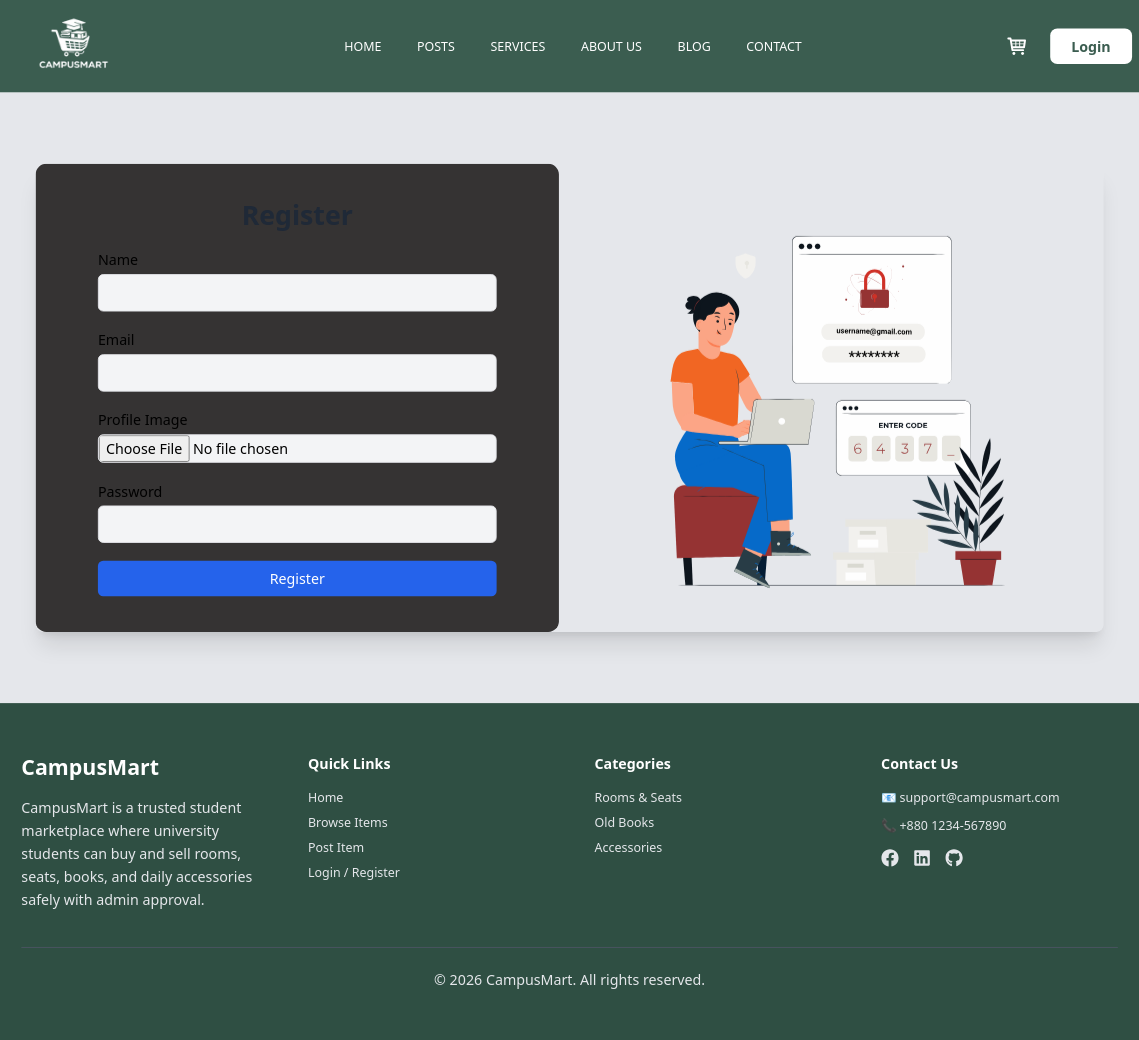
Repository: jahidhasanri/CAMPUSMART
Page: /register
The author's editor kept a copy of each file at every save. The page is drawn from the files as they stood at one save, then again after the next save.
The browser window is 1280 px wide. The pictures show the whole page, at 89% of full size.
The project was rebuilt for these pictures with package versions that can differ from the ones it lists, and the page was loaded fresh each time. Also part of the build but not shown: vite.config.js, src/components/Banner.jsx, src/Pages/Home.jsx, src/Pages/Login.jsx.

Above is the page before, as saved 2026-01-13 23:38:49.

### index.html
<!doctype html>
<html lang="en">
  <head>
    <meta charset="UTF-8" />
    <link rel="icon" type="image/svg+xml" href="/vite.svg" />
    <meta name="viewport" content="width=device-width, initial-scale=1.0" />
    <title>campusmart</title>
  </head>
  <body>
    <div id="root"></div>
    <script type="module" src="/src/main.jsx"></script>
  </body>
</html>

### src/main.jsx
import { StrictMode } from 'react'
import { createRoot } from 'react-dom/client'
import './index.css'
import { RouterProvider } from 'react-router-dom'
import Router from './router/Router.jsx'


createRoot(document.getElementById('root')).render(
  <StrictMode>
    <RouterProvider router={Router} />
  </StrictMode>,
)

### src/router/Router.jsx
import { createBrowserRouter } from "react-router-dom";
import Home from "../Pages/Home.jsx";
import Main from "../components/Main.jsx";
import Login from "../Pages/Login.jsx";
import Register from "../Pages/Register.jsx";


const Router = createBrowserRouter([
  {
    path: "/",
    element: <Main></Main>,
    children:[
        {
            index:true,
            element:<Home></Home>
        },
        {
          path:"/login",
          element:<Login></Login>
        },
        {
          path:"/register",
          element:<Register></Register>
        }
    ]
  },
]);

export default Router;

### src/components/Main.jsx
import React from 'react';
import { Outlet } from 'react-router-dom';
import Navbar from './Navbar';
import Footer from './Footer';

const Main = () => {
    return (
        <div className=''>
            <Navbar></Navbar>
            <div className="min-h-[calc(100vh-422px)]">

            <Outlet></Outlet>
            </div>
            <Footer></Footer>
        </div>
    );
};

export default Main;

### src/Pages/Register.jsx
// import React, { useContext, useState } from 'react';
import { FaEye, FaEyeSlash } from 'react-icons/fa';
// import { toast } from 'react-toastify';
// import axios from 'axios';
// import { useNavigate } from 'react-router-dom';
// import { updateProfile } from 'firebase/auth';
import loginAnimation from '../json/success.json';
import Lottie from 'lottie-react';


const Register = () => {
//  const [preview, setPreview] = useState(null);
//  const [showPassword, setShowPassword] = useState(false);
//  const [error, setError] = useState("");
//  const { handelWithRegister, SetUser } = useContext(AuthContext);
//  const navigate = useNavigate();


//  const handleRegister = async (e) => {
//   e.preventDefault();
//   const form = e.target;
//   const name = form.name.value;
//   const email = form.email.value;
//   const password = form.password.value;
//   const image = form.image.files[0];

//   setError("");

//   try {
//     // Step 1: Firebase Register
//     const result = await handelWithRegister(email, password);

//     // Step 2: Image Upload
//     const formData = new FormData();
//     formData.append("image", image);

//     const imgRes = await axios.post(
//       `https://api.imgbb.com/1/upload?key=8be0cdd4b85b2bb02d8b738407647b48`,
//       formData
//     );

//     const imageUrl = imgRes.data.data.url;

//     // Step 3: Update Profile
//     await updateProfile(result.user, {
//       displayName: name,
//       photoURL: imageUrl,
//     });

//     // Step 4: Save to Database
//     await axios.post("https://resturent-management-server-three.vercel.app/users", {
//       name,
//       email,
//       image: imageUrl,
//       role: "user",
//     });

//     // Step 5: Set Context
//     SetUser({
//       email,
//       displayName: name,
//       photoURL: imageUrl,
//     });

//     toast.success("Registration successful!");
//     form.reset();
//     setPreview(null);
//     navigate("/");
//   } catch (err) {
//     console.log("Registration error: ", err);
//     toast.error("Registration failed!");
//   }
// };



//  const handleImageChange = (e) => {
//    const file = e.target.files[0];
//    if (file) {
//      setPreview(URL.createObjectURL(file));
//    }
//  };


 return (
   <div className="bg-gray-200 py-10 md:py-20 flex items-center justify-center px-4">
     <div className="w-full max-w-[1200px] h-auto grid grid-cols-1 sm:grid-cols-1 md:grid-cols-2 lg:grid-cols-2 xl:grid-cols-2 gap-6 items-center bg-cover bg-center rounded-lg overflow-hidden shadow-xl">

       {/* Form Section */}
       <div className="h-full rounded-xl flex items-center justify-center bg-[#353333] p-6 md:p-10">
         <form  className="w-full max-w-md space-y-5">
           <h2 className="text-3xl font-bold mb-4 text-center text-gray-800">Register</h2>


           {/* Name Field */}
           <div>
             <label htmlFor="name" className="block mb-1 font-medium">Name</label>
             <input
               type="text"
               name="name"
               id="name"
               required
               className="w-full px-4 py-2 border rounded-md bg-gray-100 focus:ring-2 focus:ring-blue-500 focus:border-blue-500"
             />
           </div>


           {/* Email Field */}
           <div>
             <label htmlFor="email" className="block mb-1 font-medium">Email</label>
             <input
               type="email"
               name="email"
               id="email"
               required
               className="w-full px-4 py-2 border rounded-md bg-gray-100 focus:ring-2 focus:ring-blue-500 focus:border-blue-500"
             />
           </div>


           {/* Image Upload */}
           <div>
             <label htmlFor="image" className="block mb-1 font-medium">Profile Image</label>
             <input
               type="file"
               name="image"
               id="image"
               accept="image/*"
               required
            //    onChange={handleImageChange}
               className="w-full border rounded-md bg-gray-100 focus:ring-2 focus:ring-blue-500"
             />
             {/* {preview && (
               <img src={preview} alt="Preview" className="mt-2 w-24 h-24 object-cover rounded-full border" />
             )} */}
           </div>


           {/* Password Field */}
           <div className="relative">
             <label htmlFor="password" className="block mb-1 font-medium">Password</label>
             <input
            //    type={showPassword ? "text" : "password"}
            type='password'
               name="password"
               id="password"
               required
               className="w-full px-4 py-2 border rounded-md bg-gray-100 pr-10 focus:ring-2 focus:ring-blue-500 focus:border-blue-500"
             />
             <span
               className="absolute top-10 right-3 cursor-pointer text-gray-600"
            //    onClick={() => setShowPassword(!showPassword)}
             >
               {/* {showPassword ? <FaEyeSlash /> : <FaEye />} */}
             </span>
           </div>


           {/* Error Message */}
           {/* {error && <p className="text-red-600 text-sm">{error}</p>} */}


           {/* Submit Button */}
           <button
             type="submit"
             className="w-full bg-blue-600 text-white py-2 rounded-md hover:bg-blue-700 transition"
           >
             Register
           </button>
         </form>
       </div>


       {/* Animation Section */}
       <div className="w-full flex justify-center items-center p-4 md:p-0">
         <Lottie animationData={loginAnimation} loop={true} style={{ width: "100%", height: "100%", maxWidth: 400, maxHeight: 400 }} />
       </div>


     </div>
   </div>
 );
};


export default Register;

### src/components/Category.jsx
/* eslint-disable no-unused-vars */

import { motion } from "framer-motion";
import { FaHome, FaBook, FaShoppingBag } from "react-icons/fa";

const categories = [
  {
    title: "Rooms & Seats",
    desc: "Find or rent rooms and seats near your campus easily.",
    icon: <FaHome />,
  },
  {
    title: "Old Books",
    desc: "Buy and sell previous semester books at affordable prices.",
    icon: <FaBook />,
  },
  {
    title: "Accessories",
    desc: "Daily student essentials like bags, calculators, gadgets & more.",
    icon: <FaShoppingBag />,
  },
];

const fadeUp = {
  hidden: { opacity: 0, y: 60 },
  visible: {
    opacity: 1,
    y: 0,
    transition: {
      duration: 0.7,
      ease: "easeOut",
    },
  },
};

const Categories = () => {
  return (
    <section className="py-20 bg-[#f5f7f6]">
      <div className="max-w-[1300px] mx-auto px-6">

        {/* TITLE */}
        <motion.div
          variants={fadeUp}
          initial="hidden"
          whileInView="visible"
          viewport={{ once: true }}
          className="text-center mb-16"
        >
          <h2 className="text-3xl md:text-4xl font-bold text-gray-800 mb-4">
            Browse by Category
          </h2>
          <p className="text-gray-600 max-w-xl mx-auto">
            Explore categories specially designed for university students.
          </p>
        </motion.div>

        {/* CARDS */}
        <div className="grid grid-cols-1 md:grid-cols-2 lg:grid-cols-3 gap-10">
          {categories.map((item, index) => (
            <motion.div
              key={index}
              variants={fadeUp}
              initial="hidden"
              whileInView="visible"
              viewport={{ once: true }}
              transition={{ delay: index * 0.15 }}
              className="bg-white rounded-2xl p-8 shadow-md hover:shadow-lg transition-shadow duration-300"
            >
              <div className="text-4xl text-[#3b5d50] mb-6">
                {item.icon}
              </div>

              <h3 className="text-xl font-semibold text-gray-800 mb-3">
                {item.title}
              </h3>

              <p className="text-gray-600 text-sm leading-relaxed">
                {item.desc}
              </p>
            </motion.div>
          ))}
        </div>

      </div>
    </section>
  );
};

export default Categories;

### src/components/HowItWorks.jsx
/* eslint-disable no-unused-vars */
import { useState } from "react";
import { motion, AnimatePresence } from "framer-motion";
import { FaUserPlus, FaUpload, FaCheckCircle, FaHandshake, FaSearch, FaInfoCircle, FaPhone, FaShoppingCart } from "react-icons/fa";

const sellerSteps = [
  { id: 1, icon: <FaUserPlus />, title: "Register / Login", desc: "Create your student account to start selling rooms, books, or accessories." },
  { id: 2, icon: <FaUpload />, title: "Post Your Item", desc: "Add rooms, books, seats, or accessories for sale, submit for admin approval." },
  { id: 3, icon: <FaCheckCircle />, title: "Admin Approval", desc: "Admin reviews and approves your post before it goes live." },
  { id: 4, icon: <FaHandshake />, title: "Connect & Deal", desc: "Once approved, buyers can contact you to complete the transaction safely." },
];

const buyerSteps = [
  { id: 1, icon: <FaSearch />, title: "Browse Items", desc: "Explore available rooms, books, and accessories inside your campus." },
  { id: 2, icon: <FaInfoCircle />, title: "Check Details", desc: "See post info, price, location, and ensure it is admin approved." },
  { id: 3, icon: <FaPhone />, title: "Connect With Seller", desc: "Contact the seller safely to negotiate or ask questions." },
  { id: 4, icon: <FaShoppingCart />, title: "Buy / Rent", desc: "Complete the transaction and enjoy your new item." },
];

const fadeUp = {
  hidden: { opacity: 0, y: 60 },
  visible: { opacity: 1, y: 0, transition: { duration: 0.7, ease: "easeOut" } },
};

const HowItWorks = () => {
  const [activeTab, setActiveTab] = useState("seller");

  const steps = activeTab === "seller" ? sellerSteps : buyerSteps;

  return (
    <section className="py-20 bg-white">
      <div className="max-w-[1300px] mx-auto px-6">

        {/* SECTION TITLE + TAB */}
        <motion.div
          variants={fadeUp}
          initial="hidden"
          whileInView="visible"
          viewport={{ once: true }}
          className="text-center mb-12"
        >
          <h2 className="text-3xl md:text-4xl font-bold text-gray-800 mb-4">
            How CampusMart Works
          </h2>
          <p className="text-gray-600 max-w-xl mx-auto">
            Simple steps for both sellers and buyers inside your university community.
          </p>

          {/* Tabs */}
          <div className="flex justify-center gap-6 mt-6">
            <button
              className={`px-5 py-2 rounded-full font-semibold ${activeTab === "seller" ? "bg-[#3b5d50] text-white" : "bg-gray-200 text-gray-800"}`}
              onClick={() => setActiveTab("seller")}
            >
              Seller
            </button>
            <button
              className={`px-5 py-2 rounded-full font-semibold ${activeTab === "buyer" ? "bg-[#3b5d50] text-white" : "bg-gray-200 text-gray-800"}`}
              onClick={() => setActiveTab("buyer")}
            >
              Buyer
            </button>
          </div>
        </motion.div>

        {/* Steps Grid */}
        <div className="grid grid-cols-1 md:grid-cols-2 lg:grid-cols-4 gap-10">
          <AnimatePresence mode="wait">
            {steps.map((step, index) => (
              <motion.div
                key={step.id}
                variants={fadeUp}
                initial="hidden"
                whileInView="visible"
                exit={{ opacity: 0, y: 40, transition: { duration: 0.3 } }}
                viewport={{ once: true }}
                transition={{ delay: index * 0.15 }}
                className="bg-[#f5f7f6] p-8 rounded-2xl shadow-md hover:shadow-lg transition-shadow duration-300 text-center"
              >
                <div className="text-5xl text-[#3b5d50] mb-6">{step.icon}</div>
                <h3 className="text-xl font-semibold text-gray-800 mb-3">{step.title}</h3>
                <p className="text-gray-600 text-sm leading-relaxed">{step.desc}</p>
              </motion.div>
            ))}
          </AnimatePresence>
        </div>
      </div>
    </section>
  );
};

export default HowItWorks;

### src/components/Navbar.jsx

import { useState } from "react";
import { Link } from "react-router-dom";
import { TiShoppingCart } from "react-icons/ti";
import { HiMenuAlt3, HiX } from "react-icons/hi";

const Navbar = () => {
  const [menuOpen, setMenuOpen] = useState(false);

  const navLinks = [
    { name: "HOME", path: "/" },
    { name: "POSTS", path: "/products" },
    { name: "SERVICES", path: "/services" },
    { name: "ABOUT US", path: "/about" },
    { name: "BLOG", path: "/blog" },
    { name: "CONTACT", path: "/contact" },
  ];

  return (
    <header className="bg-[#3b5d50] text-white">
      <div className="max-w-[1300px]  mx-auto px-2 py-5">
        <div className="flex items-center justify-between h-16">

          {/* Logo */}
         <Link href={'/'}>
          <img src="/images/campu_logo-removebg-preview.png" className="w-[150px] h-26" alt="Green Nest Logo" />
         </Link>

          {/* Desktop Menu (lg only) */}
          <ul className="hidden lg:flex gap-10 font-normal text-sm">
            {navLinks.map((link) => {
              return (
                <li key={link.path}>
                  <Link
                    href={link.path}
                    className={`pb-1 transition-all duration-300`}
                  >
                    {link.name}
                  </Link>
                </li>
              );
            })}
          </ul>

          {/* Cart + Login (md and up) */}
          <Link href={'/login'} className="hidden md:flex items-center gap-6">
            <TiShoppingCart
              size={26}
              className="cursor-pointer hover:text-[#5a8139]"
            />
            <Link to={'/login'} className="bg-white text-[#3b5d50] px-6 py-2 rounded-lg font-semibold hover:bg-gray-200 transition">
                Login
              </Link>
          </Link>

          {/* Hamburger (md & sm only) */}
          <div className="lg:hidden">
            <button onClick={() => setMenuOpen(!menuOpen)}>
              {menuOpen ? <HiX size={28} /> : <HiMenuAlt3 size={28} />}
            </button>
          </div>
        </div>

        {/* Mobile + Tablet Menu */}
        {menuOpen && (
          <div className="lg:hidden mt-4">
            <ul className="flex flex-col gap-4 font-medium">
              {navLinks.map((link) => {
                return (
                  <li key={link.path}>
                    <Link
                      href={link.path}
                      onClick={() => setMenuOpen(false)}
                      className={`block pb-1`}
                    >
                      {link.name}
                    </Link>
                  </li>
                );
              })}
            </ul>

                <Link href={'/login'} className=" md:hidden items-center gap-6">
            <TiShoppingCart
              size={26}
              className="cursor-pointer mb-5 mt-5 hover:text-[#5a8139]"
            />
            <button className="bg-[#5a8139] mb-5 hover:bg-[#5b8139d7] px-4 py-1.5 cursor-pointer rounded">
              Login
            </button>
          </Link>

          </div>
        )}
      </div>
    </header>
  );
};

export default Navbar;

### src/components/Footer.jsx
import { FaFacebook, FaLinkedin, FaGithub } from "react-icons/fa";

const Footer = () => {
  return (
    <footer className="bg-[#2f4f43] text-gray-200">
      <div className="max-w-[1300px] mx-auto px-6 py-14">
        <div className=" grid grid-cols-1 md:grid-cols-2 lg:grid-cols-4 gap-14">

          {/* BRAND */}
          <div className="">
            <h2 className="text-2xl font-bold text-white mb-4">
              CampusMart
            </h2>
            <p className="text-[16px] leading-relaxed">
              CampusMart is a trusted student marketplace where university
              students can buy and sell rooms, seats, books, and daily
              accessories safely with admin approval.
            </p>
          </div>

          {/* QUICK LINKS */}
          <div>
            <h3 className="text-[16px] font-semibold text-white mb-4">
              Quick Links
            </h3>
            <ul className="space-y-2 text-sm">
              <li className="hover:text-white cursor-pointer">Home</li>
              <li className="hover:text-white cursor-pointer">Browse Items</li>
              <li className="hover:text-white cursor-pointer">Post Item</li>
              <li className="hover:text-white cursor-pointer">Login / Register</li>
            </ul>
          </div>

          {/* CATEGORIES */}
          <div>
            <h3 className="text-[16px] font-semibold text-white mb-4">
              Categories
            </h3>
            <ul className="space-y-2 text-sm">
              <li className="hover:text-white cursor-pointer">Rooms & Seats</li>
              <li className="hover:text-white cursor-pointer">Old Books</li>
              <li className="hover:text-white cursor-pointer">Accessories</li>
            </ul>
          </div>

          {/* CONTACT */}
          <div>
            <h3 className="text-[16px] font-semibold text-white mb-4">
              Contact Us
            </h3>
            <p className="text-sm mb-3">📧 support@campusmart.com</p>
            <p className="text-sm mb-4">📞 +880 1234-567890</p>

            <div className="flex gap-4 text-xl">
              <FaFacebook className="hover:text-white cursor-pointer" />
              <FaLinkedin className="hover:text-white cursor-pointer" />
              <FaGithub className="hover:text-white cursor-pointer" />
            </div>
          </div>

        </div>

        {/* BOTTOM */}
        <div className="border-t border-gray-600 mt-10 pt-6 text-center text-[16px]">
          © {new Date().getFullYear()} CampusMart. All rights reserved.
        </div>
      </div>
    </footer>
  );
};

export default Footer;

Loaded but not shown: src/index.css (common file); src/json/success.json (common file); tailwind.config.js (common file)

After the next save:
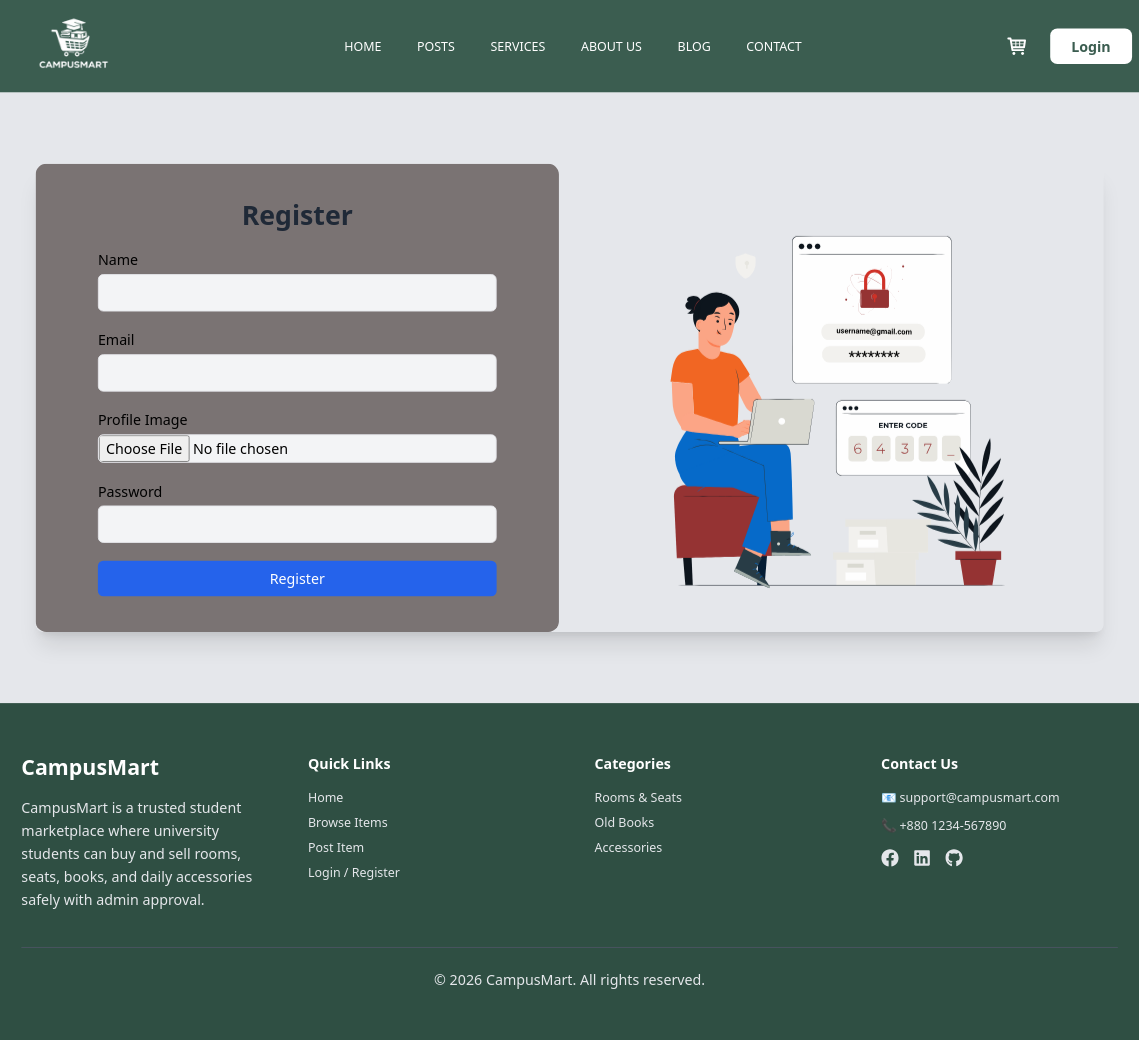
Saved 12 s later.
--- a/src/Pages/Register.jsx
+++ b/src/Pages/Register.jsx
@@ -87,7 +87,7 @@ const Register = () => {
      <div className="w-full max-w-[1200px] h-auto grid grid-cols-1 sm:grid-cols-1 md:grid-cols-2 lg:grid-cols-2 xl:grid-cols-2 gap-6 items-center bg-cover bg-center rounded-lg overflow-hidden shadow-xl">
 
        {/* Form Section */}
-       <div className="h-full rounded-xl flex items-center justify-center bg-[#353333] p-6 md:p-10">
+       <div className="h-full rounded-xl flex items-center justify-center bg-[#7a7373] p-6 md:p-10">
          <form  className="w-full max-w-md space-y-5">
            <h2 className="text-3xl font-bold mb-4 text-center text-gray-800">Register</h2>
 
